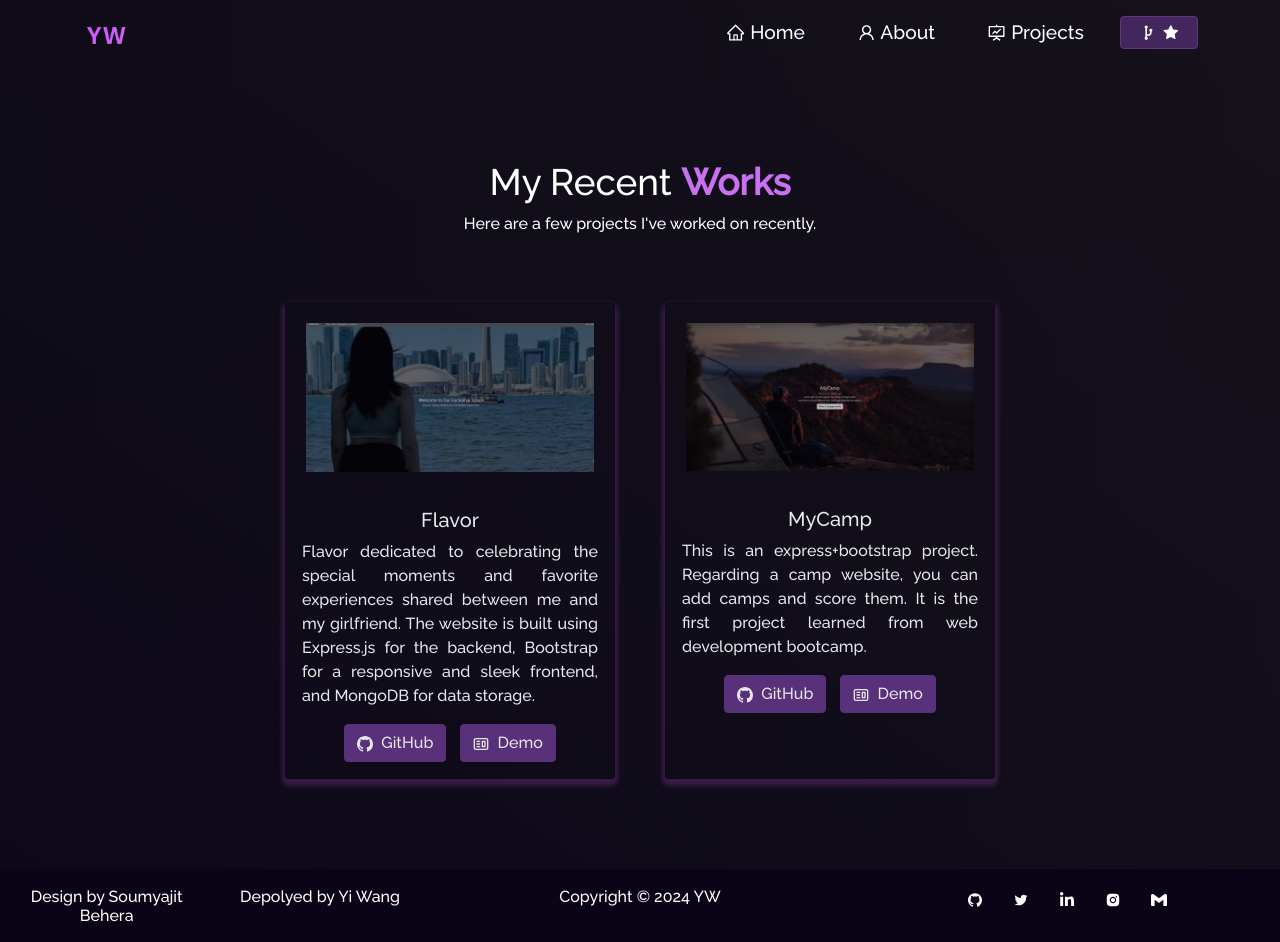
Repository: YiWang24/Portfolio
Page: /project
These files come from the project's save history. The page is drawn as it stood at one moment and after the next save; the edit follows.
The browser window is 1280 px wide. The pictures show the whole page.
The project was rebuilt for these pictures with package versions that can differ from the ones it lists, and the page was loaded fresh each time. Also part of the build but not shown: src/components/Home/Home2.js, src/components/Home/Type.js, src/components/Home/Home.js, src/components/About/Github.js, src/components/About/Techstack.js, src/components/About/AboutCard.js, src/components/About/Toolstack.js, src/components/About/About.js and 1 more. Imported but missing from the stored project, and not drawn on this page: src/Assets/Soumyajit_Behera-BIT_MESRA.pdf.

Above is the page before, as saved 2024-10-28 13:24:10.

### public/index.html
<!DOCTYPE html>
<html lang="en">

<head>
  <meta charset="utf-8" />
  <link rel="icon" href="%PUBLIC_URL%/favicon.png" />
  <meta name="viewport" content="width=device-width, initial-scale=1" />
  <meta name="theme-color" content="#000000" />
  <meta name="description" content="Web site created using create-react-app" />
  <link rel="manifest" href="%PUBLIC_URL%/manifest.json" />
  <title>Yi Wang | Portfolio</title>
  <meta name="description" content="Self Developed personal website build with React.js">

  <!-- Google / Search Engine Tags -->
  <meta itemprop="name" content="Yi Wang | Portfolio">
  <meta itemprop="description" content="Self Developed personal website build with React.js">
  <meta itemprop="image"
    content="https://raw.githubusercontent.com/soumyajit4419/Portfolio/master/Images/readme-img.png?token=AK7VCIF5RYEUZZAURELPTAC76U6AK">

  <!-- Facebook Meta Tags -->
  <meta property="og:url" content="https://soumyajit.vercel.app">
  <meta property="og:type" content="website">
  <meta property="og:title" content="Yi Wang | Portfolio">
  <meta property="og:description" content="Self Developed personal website build with React.js">
  <meta property="og:image"
    content="https://raw.githubusercontent.com/soumyajit4419/Portfolio/master/Images/readme-img.png?token=AK7VCIF5RYEUZZAURELPTAC76U6AK">

  <!-- Twitter Meta Tags -->
  <meta name="twitter:card" content="summary_large_image">
  <meta name="twitter:title" content="Yi Wang | Portfolio">
  <meta name="twitter:description" content="Self Developed personal website build with React.js">
  <meta name="twitter:image"
    content="https://raw.githubusercontent.com/soumyajit4419/Portfolio/master/Images/readme-img.png?token=AK7VCIF5RYEUZZAURELPTAC76U6AK">
</head>

<body>
  <noscript>You need to enable JavaScript to run this app.</noscript>
  <div id="root"></div>
</body>

</html>

### src/components/Projects/Projects.js
import React from "react";
import { Container, Row, Col } from "react-bootstrap";
import ProjectCard from "./ProjectCards";
import Particle from "../Particle";
import flavor from "../../Assets/Projects/flavor.png";
import camp from "../../Assets/Projects/camp.png";

function Projects() {
  return (
    <Container fluid className="project-section " style={{minHeight: "100vh"}}>
      <Particle />
      <Container>
        <h1 className="project-heading">
          My Recent <strong className="purple">Works </strong>
        </h1>
        <p style={{ color: "white" }}>
          Here are a few projects I've worked on recently.
        </p>
        <Row style={{ justifyContent: "center", paddingBottom: "10px" }}>
          <Col md={4} className="project-card">
            <ProjectCard
              imgPath={flavor}
              isBlog={false}
              title="Flavor"
              description="Flavor dedicated to celebrating the special moments and favorite experiences shared between me and my girlfriend. The website is built using Express.js for the backend, Bootstrap for a responsive and sleek frontend, and MongoDB for data storage. "
              ghLink="https://github.com/YiWang24/Flavor"
              demoLink="https://app1.yiwang.run/"
            />
          </Col>
          <Col md={4} className="project-card">
            <ProjectCard
              imgPath={camp}
              isBlog={false}
              title="MyCamp"
              description="This is an express+bootstrap project. Regarding a camp website, you can add camps and score them. It is the first project learned from web development bootcamp."
              ghLink="https://github.com/YiWang24/WyCamp"
              demoLink="https://app2.yiwang.run/"
            />
          </Col>

        </Row>

      </Container>
    </Container>
  );
}

export default Projects;

### src/style.css
html {
  --section-background-color: linear-gradient(
    to bottom left,
    rgba(17, 16, 16, 0.582),
    rgba(12, 8, 24, 0.904)
  );

  --image-gradient: linear-gradient(
    to bottom left,
    rgba(17, 16, 16, 0.678),
    rgba(12, 10, 22, 0.863)
  );

  --imp-text-color: #c770f0;
}

.purple {
  color: var(--imp-text-color) !important;
}

button:focus {
  box-shadow: none !important;
}

/* --------- */
/*  Preloader */
/* --------- */
#preloader {
  position: fixed;
  top: 0;
  left: 0;
  width: 100%;
  height: 100%;
  z-index: 999999;
  background-color: #0c0513;
  background-image: url(./Assets/pre.svg);
  background-repeat: no-repeat;
  background-position: center;
}

#preloader-none {
  opacity: 0;
}

#no-scroll {
  overflow: hidden;
  height: 100vh;
}

/* --------- */
/*Scrollbar   */
/* --------- */

::-webkit-scrollbar {
  width: 7px;
}

/* Track */
::-webkit-scrollbar-track {
  background: #2d1950;
}

/* Handle */
::-webkit-scrollbar-thumb {
  background: rgba(178, 121, 216, 0.959);
  border-radius: 12px;
}

/* Handle on hover */
::-webkit-scrollbar-thumb:hover {
  background: rgba(222, 130, 235, 0.911);
  border-radius: 12px;
}

/* --------- */
/* Navbar Section  */
/* --------- */
.sticky {
  background-color: #1b1a2ea9 !important;
  transition: all 0.3s ease-out 0s !important;
  box-shadow: 0px 10px 10px 0px rgba(9, 5, 29, 0.171) !important;
  backdrop-filter: blur(15px) !important;
}

.navbar {
  position: fixed !important;
  transition: all 0.3s ease-out 0s !important;
  padding: 0.3rem 2rem !important;
  font-size: 1.2rem !important;
}

.navbar-toggler {
  position: relative !important;
  background-color: transparent !important;
  border-color: transparent !important;
}

.navbar-toggler span {
  display: block !important;
  background-color: #be50f4 !important;
  height: 4px !important;
  width: 27px !important;
  margin-top: 5px !important;
  margin-bottom: 5px !important;
  transform: rotate(0deg) !important;
  left: 0 !important;
  opacity: 1 !important;
}

.navbar-toggler:focus,
.navbar-toggler:active {
  outline: 0 !important;
}

.navbar-toggler span:nth-child(1),
.navbar-toggler span:nth-child(3) {
  transition: transform 0.35s ease-in-out !important;
  transition: transform 0.35s ease-in-out !important;
}

.navbar-toggler:not(.collapsed) span:nth-child(1) {
  position: absolute !important;
  left: 12px !important;
  top: 10px !important;
  transform: rotate(135deg) !important;
  opacity: 0.9 !important;
}

.navbar-toggler:not(.collapsed) span:nth-child(2) {
  height: 12px !important;
  visibility: hidden !important;
  background-color: transparent !important;
}

.navbar-toggler:not(.collapsed) span:nth-child(3) {
  position: absolute !important;
  left: 12px !important;
  top: 10px !important;
  transform: rotate(-135deg) !important;
  opacity: 0.9 !important;
}

@media (max-width: 767px) {
  .navbar {
    padding: 1rem 2rem !important;
    font-size: 1.4rem !important;
    background-color: #181a27 !important;
  }
  .navbar-nav .nav-item a::after {
    display: none !important;
  }
}
.navbar-brand {
  color: rgb(250, 250, 250) !important;
}

.logo {
  height: 1.4em !important;
  width: 2.5em !important;
}

.navbar-nav .nav-link {
  color: white !important;
  padding-right: 1rem !important;
  padding-left: 1rem !important;
}

.nav-link {
  padding: 0.8rem 1rem !important;
}

@media (max-width: 767px) {
  .nav-link {
    padding: 0.7rem 1rem !important;
  }
}

.navbar-nav .nav-item {
  position: relative;
  margin-left: 20px;
}

.navbar-nav .nav-item a {
  font-weight: 400;
  transition: all 0.3s ease-out 0s;
  position: relative;
  z-index: 1;
}

.navbar-nav .nav-item a::after {
  content: "";
  position: relative;
  display: block;
  height: 5px;
  width: 0;
  border-radius: 16px;
  background: #c95bf5;
  bottom: 1px;
  left: 0;
  z-index: -1;
  transition: all 0.3s ease-out 0s;
}

.navbar-nav .nav-item a:hover::after {
  width: 100%;
}

/* --------- */
/* Home section */
/* --------- */
.wave {
  animation-name: wave-animation; /* Refers to the name of your @keyframes element below */
  animation-duration: 2.1s; /* Change to speed up or slow down */
  animation-iteration-count: infinite; /* Never stop waving :) */
  transform-origin: 70% 70%; /* Pivot around the bottom-left palm */
  display: inline-block;
}

@keyframes wave-animation {
  0% {
    transform: rotate(0deg);
  }
  10% {
    transform: rotate(14deg);
  } /* The following five values can be played with to make the waving more or less extreme */
  20% {
    transform: rotate(-8deg);
  }
  30% {
    transform: rotate(14deg);
  }
  40% {
    transform: rotate(-4deg);
  }
  50% {
    transform: rotate(10deg);
  }
  60% {
    transform: rotate(0deg);
  } /* Reset for the last half to pause */
  100% {
    transform: rotate(0deg);
  }
}
#tsparticles {
  position: fixed !important;
  background-repeat: no-repeat !important;
  background-size: cover !important;
  width: 100%;
  height: 100%;
}

.home-header {
  padding-top: 80px !important;
}

.home-section {
  position: relative;
  z-index: -1;
  background-image: var(--image-gradient), url(./Assets/home-bg.jpg);
  background-position: top center;
  background-repeat: no-repeat;
  padding-bottom: 30px !important;
  padding-top: 30px !important;
}

.home-content {
  padding: 9rem 0 2rem !important;
  color: whitesmoke;
  text-align: left;
}

.heading {
  font-size: 2.4em !important;
  padding-left: 50px !important;
}

.heading-name {
  font-size: 2.5em !important;
  padding-left: 45px !important;
}

.main-name {
  color: #cd5ff8;
}

.Typewriter__wrapper {
  font-size: 2.2em !important;
  color: #be6adf !important;
  font-weight: 600 !important;
}
.Typewriter__cursor {
  font-size: 2.4em !important;
  color: #b562d6 !important;
}

@media (max-width: 767px) {
  .Typewriter__wrapper {
    font-size: 1.4em !important;
    font-weight: 500 !important;
    position: absolute !important;
  }
  .Typewriter__cursor {
    display: none !important;
  }
}

.myAvtar {
  justify-content: center !important;
  padding-top: 9em !important;
}

@media (max-width: 767px) {
  .myAvtar {
    padding-top: 2em !important;
    padding-bottom: 2em !important;
  }
}

.home-about-section {
  position: relative;
  padding-bottom: 70px !important;
  padding-top: 70px !important;
}

.home-about-description {
  color: white !important;
  padding-top: 100px !important;
  padding-bottom: 20px !important;
  text-align: center;
}

.home-about-body {
  padding-top: 50px;
  font-size: 1.2em !important;
  text-align: left;
}

.home-about-social {
  text-align: center !important;
  padding-top: 25px;
  color: white !important;
}

.home-about-social-links {
  justify-content: center !important;
  padding-top: 15px !important;
  display: inline-block !important;
  position: relative !important;
  padding-inline-start: 0 !important;
}

.home-social-icons {
  position: relative !important;
  display: inline-block !important;
  width: 40px !important;
  height: 40px !important;
  text-align: center !important;
  font-size: 1.2em !important;
  line-height: 2em !important;
  background: rgba(255, 255, 255, 0.972) !important;
  border-radius: 50% !important;
  transition: 0.5s !important;
}

.home-social-icons::before {
  content: "";
  position: absolute;
  top: 0;
  left: 0;
  width: 100%;
  height: 100%;
  border-radius: 50%;
  background: #68187a;
  transition: 0.5s;
  transform: scale(0.9);
  z-index: -1;
}

.home-social-icons:hover::before {
  transform: scale(1.1);
  box-shadow: 0 0 15px #801f95;
}

.home-social-icons:hover {
  color: #87209e;
  box-shadow: 0 0 5px #87209e;
  text-shadow: 0 0 2px #87209e;
}

.social-icons {
  display: inline-block !important;
  padding-right: 15px;
  padding-left: 15px;
}

.icon-colour {
  color: #700c86 !important;
}

/* --------- */
/* Footer */
/* --------- */
.footer {
  background-color: rgb(10, 4, 22);
  bottom: 0 !important;
  padding-top: 10px !important;
  padding-bottom: 8px !important ;
  margin-top: auto;
  text-align: center;
  width: 100%;
}
.footer-copywright {
  text-align: center !important;
}

.footer-body {
  z-index: 1;
  text-align: center !important;
}

@media (max-width: 767px) {
  .footer-copywright {
    text-align: center !important;
  }

  .footer-body {
    text-align: center !important;
  }
}

.footer h3 {
  font-size: 1em;
  color: white !important;
  margin-top: 0.5em !important;
  margin-bottom: 0.5em !important;
}
.footer-icons {
  margin-top: 0.5em !important;
  margin-bottom: 0.5em !important;
  padding: 0 !important;
}

.blockquote-footer {
  color: #a588c0 !important;
}
/* --------- */
/* Projects */
/* --------- */
.project-section {
  position: relative !important;
  padding-top: 150px !important;
  padding-bottom: 30px !important;
  background-image: var(--section-background-color) !important;
}

.project-card {
  padding-top: 50px !important;
  padding-bottom: 50px !important;
  padding-left: 25px !important;
  padding-right: 25px !important;
  height: auto !important;
}

.project-card-view {
  box-shadow: 0 4px 5px 3px rgba(119, 53, 136, 0.459) !important;
  color: white !important;
  background-color: transparent !important;
  opacity: 0.9 !important;
  transition: all 0.5s ease 0s !important;
  height: 100% !important;
}
.project-card-view:hover {
  transform: scale(1.02) !important;
  overflow: hidden !important;
  box-shadow: 0 4px 4px 5px rgba(129, 72, 144, 0.561) !important;
}

.blog-card {
  padding-top: 50px !important;
  padding-bottom: 50px !important;
  padding-left: 25px !important;
  padding-right: 25px !important;
  height: auto !important;
}

.blog-card-view {
  background-color: transparent !important;
  box-shadow: 0 3px 3px 2px rgba(145, 77, 161, 0.459) !important;
  color: white !important;
  transition: all 0.5s ease 0s !important;
  height: 100% !important;
}

.blog-link {
  color: white !important;
  text-decoration: none !important;
}

.blog-link:hover {
  cursor: pointer !important;
}

.blog-card-view:hover {
  transform: scale(1.02) !important;
  overflow: hidden !important;
  box-shadow: 0 3px 3px 5px rgba(155, 88, 173, 0.65) !important;
}

.card-img-top {
  padding: 20px !important;
  opacity: 0.8 !important;
  border-radius: 10px !important;
}

.blog-img {
  padding: 0px !important;
  opacity: 0.8 !important;
  border-radius: 0px !important;
}

.btn-primary {
  color: #fff !important;
  background-color: #623686 !important;
  border-color: #623686 !important;
}

.btn-primary:hover {
  color: #fff !important;
  background-color: #6d20c5d7 !important;
  border-color: #6d20c5d7 !important;
}
.btn:focus {
  outline: none !important;
  box-shadow: none !important;
}
.project-heading {
  color: white !important;
  font-size: 2.3em !important;
  font-weight: 500 !important;
  padding-top: 10px !important;
}

/* --------- */
/* About */
/* --------- */

.about-section {
  position: relative !important;
  padding-top: 150px !important;
  padding-bottom: 30px !important;
  background-image: var(--section-background-color) !important;
  color: white !important;
}

.tech-icons {
  font-size: 4.5em !important;
  margin: 15px !important;
  padding: 10px !important;
  opacity: 0.93 !important;
  border: 1.7px solid rgba(200, 137, 230, 0.637) !important;
  vertical-align: middle !important;
  text-align: center !important;
  border-radius: 5px !important;
  display: table !important;
  box-shadow: 4px 5px 4px 3px rgba(89, 4, 168, 0.137) !important;
  overflow: hidden !important;
  transition: all 0.4s ease 0s !important;
}

@media (max-width: 767px) {
  .tech-icons {
    margin: 10px !important;
  }
}

.tech-icons:hover {
  transform: scale(1.05) !important;
  overflow: hidden !important;
  border: 2.2px solid rgba(197, 115, 230, 0.883) !important;
}
.tech-icon-images {
  padding: 20px !important;
  line-height: 1.6 !important;
}

.quote-card-view {
  border: none !important;
  color: white !important;
  background-color: transparent !important;
}

.about-activity {
  list-style: none !important;
  text-align: left !important;
  padding-left: 1px !important;
}

@media (max-width: 767px) {
  .about-img {
    padding-top: 0 !important;
  }
}
/* --------- */
/* Resume */
/* --------- */

.resume-section {
  position: relative !important;
  padding-top: 110px !important;
  padding-bottom: 30px !important;
  background-image: var(--section-background-color) !important;
  color: white !important;
}

.resume {
  padding-top: 50px;
  padding-bottom: 50px;
  justify-content: center;
}

.resume-left {
  padding-right: 80px !important;
}

.resume-right {
  padding-left: 80px !important;
}

@media (max-width: 767px) {
  .resume-left {
    padding-right: 15px !important;
    padding-left: 15px !important;
  }

  .resume-right {
    padding-right: 15px !important;
    padding-left: 15px !important;
  }
}
.resume .resume-title {
  font-size: 2em;
  font-weight: 700;
  padding-top: 30px;
  padding-bottom: 30px;
}

.resume .resume-item {
  padding: 0 0 10px 25px;
  margin-top: -2px;
  border-left: 2px solid #8a49a8;
  position: relative;
}

.resume .resume-item .resume-title {
  line-height: 18px;
  font-size: 0.9em;
  background: #5234795d;
  padding: 8px 15px;
  display: inline-block;
  font-weight: 600;
  margin-bottom: 10px;
}

.resume .resume-item ul {
  padding-left: 20px;
  text-align: justify;
}

.resume .resume-item ul li {
  padding-bottom: 10px;
  list-style: none;
}

.resume .resume-item:last-child {
  padding-bottom: 0;
}

.resume .resume-item::before {
  content: "";
  position: absolute;
  width: 16px;
  height: 16px;
  border-radius: 50px;
  left: -9px;
  top: 0;
  background: #fff;
  border: 2px solid #8a49a8;
}

.like-item {
  padding-top: 10px !important;
  font-size: 1.1em !important;
  font-family: sans-serif !important;
}

.like-btn {
  background-color: #934cce5e !important;
  border-color: #934cce5e !important;
  padding: 0.25rem 0.98rem !important;
  border-radius: 5px !important;
  line-height: 1.4 !important;
  transition: 0.3s ease !important;
}

.like-btn:hover {
  transform: translateY(-2px) !important;
  background-color: #a24dd386 !important;
  border-color: #a24dd386 !important;
}

.animate-like {
  animation-name: likeAnimation;
  animation-fill-mode: forwards;
  animation-duration: 0.85s;
}
@keyframes likeAnimation {
  0% {
    transform: scale(1.5);
  }
  100% {
    transform: scale(1);
  }
}

.fork-btn {
  font-size: 1.1em !important;
  padding-top: 10px !important;
}

.fork-btn-inner {
  line-height: 1.4em !important;
  background-color: #934cce5e !important;
  padding: 0.25rem 1.1rem !important;
  vertical-align: middle !important;
  text-align: center !important;
}

.fork-btn-inner:hover {
  transform: translateY(-2px) !important;
  background-color: #a24dd386 !important;
  border-color: #a24dd386 !important;
}
.fork-btn-inner::after {
  display: none !important;
}

### src/components/Particle.js
import React from "react";
import Particles from "react-tsparticles";

function Particle() {
  return (
    <Particles
      id="tsparticles"
      params={{
        particles: {
          number: {
            value: 160,
            density: {
              enable: true,
              value_area: 1500,
            },
          },
          line_linked: {
            enable: false,
            opacity: 0.03,
          },
          move: {
            direction: "right",
            speed: 0.05,
          },
          size: {
            value: 1,
          },
          opacity: {
            anim: {
              enable: true,
              speed: 1,
              opacity_min: 0.05,
            },
          },
        },
        interactivity: {
          events: {
            onclick: {
              enable: true,
              mode: "push",
            },
          },
          modes: {
            push: {
              particles_nb: 1,
            },
          },
        },
        retina_detect: true,
      }}
    />
  );
}

export default Particle;

### src/components/Projects/ProjectCards.js
import React from "react";
import Card from "react-bootstrap/Card";
import Button from "react-bootstrap/Button";
import { CgWebsite } from "react-icons/cg";
import { BsGithub } from "react-icons/bs";

function ProjectCards(props) {
  return (
    <Card className="project-card-view">
      <Card.Img variant="top" src={props.imgPath} alt="card-img" />
      <Card.Body>
        <Card.Title>{props.title}</Card.Title>
        <Card.Text style={{ textAlign: "justify" }}>
          {props.description}
        </Card.Text>
        <Button variant="primary" href={props.ghLink} target="_blank">
          <BsGithub /> &nbsp;
          {props.isBlog ? "Blog" : "GitHub"}
        </Button>
        {"\n"}
        {"\n"}

        {/* If the component contains Demo link and if it's not a Blog then, it will render the below component  */}

        {!props.isBlog && props.demoLink && (
          <Button
            variant="primary"
            href={props.demoLink}
            target="_blank"
            style={{ marginLeft: "10px" }}
          >
            <CgWebsite /> &nbsp;
            {"Demo"}
          </Button>
        )}
      </Card.Body>
    </Card>
  );
}
export default ProjectCards;

Loaded but not shown: src/index.js (common file); src/index.css (common file); src/App.js (common file); src/reportWebVitals.js (common file); src/components/Pre.js (common file); src/components/ScrollToTop.js (common file); src/App.css (common file); src/components/Navbar.js (122 lines, source omitted); src/components/Footer.js (94 lines, source omitted)

After the next save:
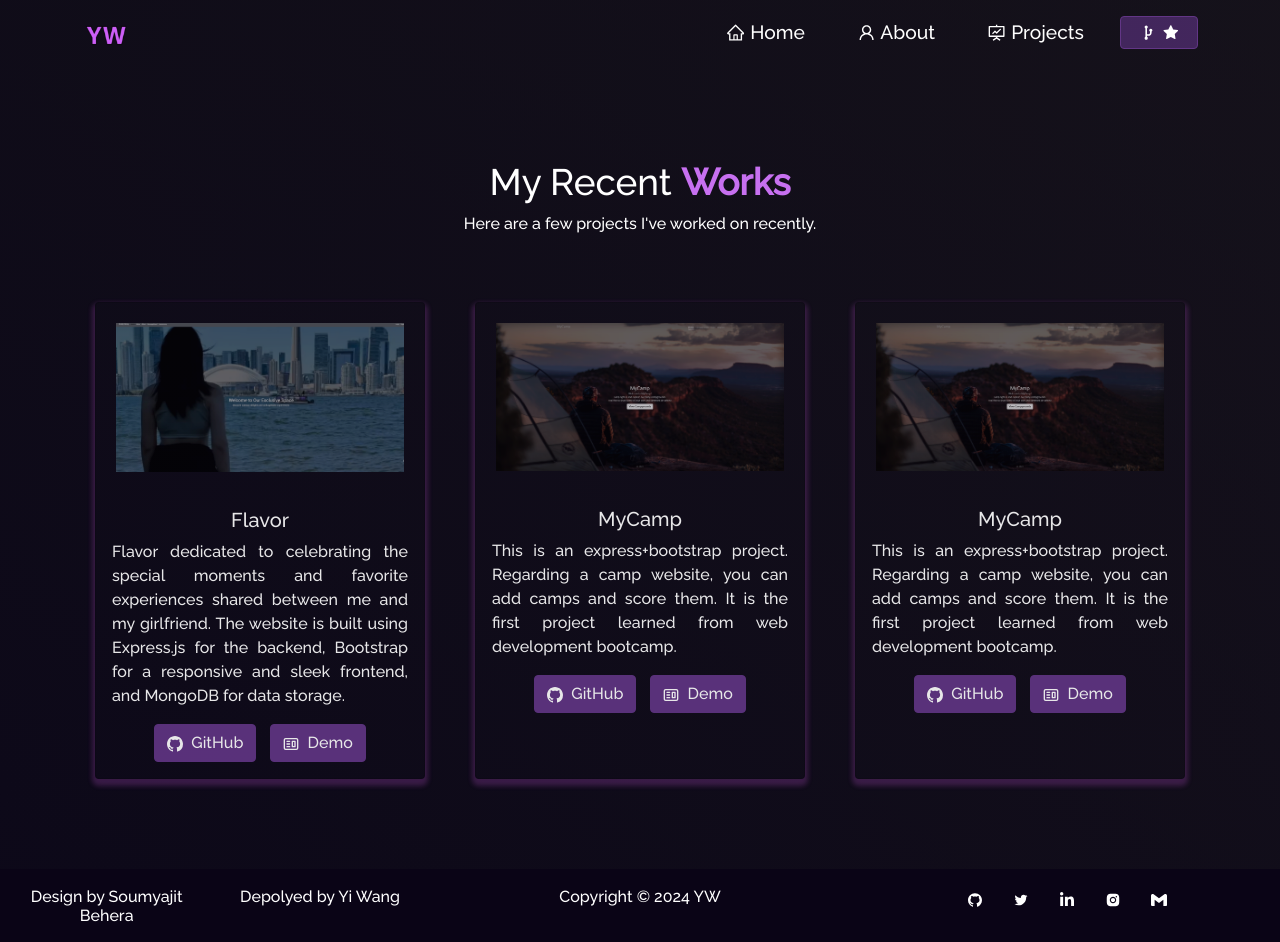
Saved 5 s later.
--- a/src/components/Projects/Projects.js
+++ b/src/components/Projects/Projects.js
@@ -37,6 +37,16 @@ function Projects() {
               demoLink="https://app2.yiwang.run/"
             />
           </Col>
+          <Col md={4} className="project-card">
+            <ProjectCard
+              imgPath={camp}
+              isBlog={false}
+              title="MyCamp"
+              description="This is an express+bootstrap project. Regarding a camp website, you can add camps and score them. It is the first project learned from web development bootcamp."
+              ghLink="https://github.com/YiWang24/WyCamp"
+              demoLink="https://app2.yiwang.run/"
+            />
+          </Col>
 
         </Row>
 
